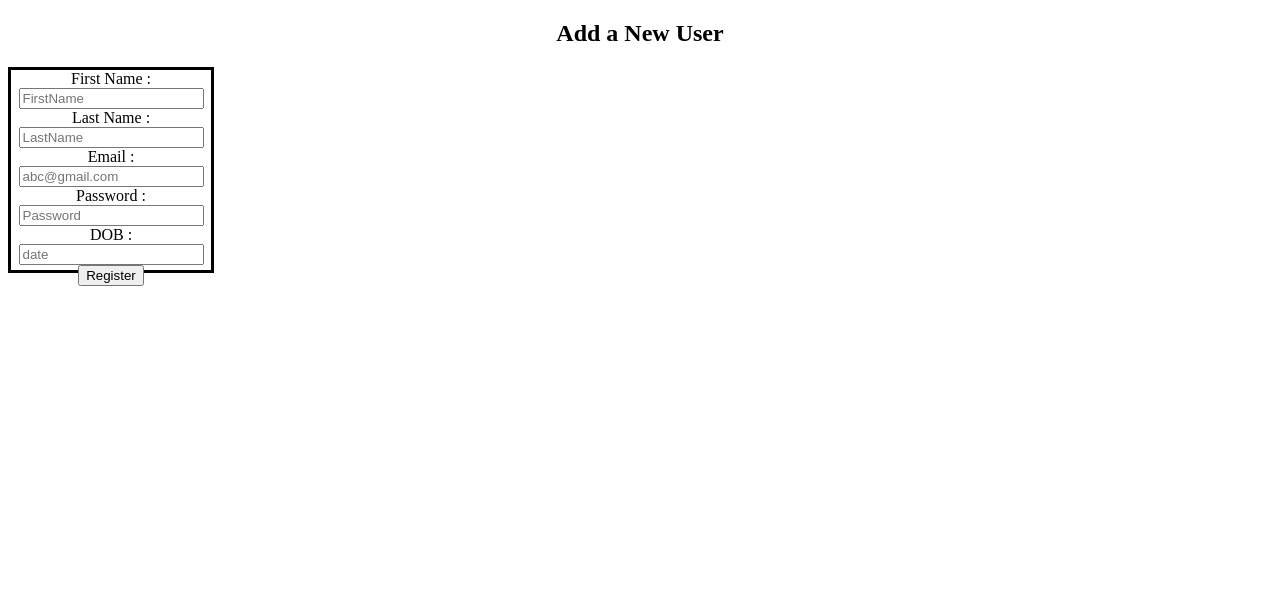
Repository: KD3-86718-yagywalky/Advance-java
Page: http://localhost/Assignment04/newuser.jsp
These files come from the project's save history. The page is drawn as it stood at one moment and after the next save; the edit follows.
The browser window is 1280 px wide. The pictures show the whole page.
The page is served by Tomcat 9. Other server files are loaded and not shown.

Above is the page before, as saved 2024-12-05 13:09:23.

### Assignment_04/Assignment04/src/main/webapp/newuser.jsp
<%@ page language="java" contentType="text/html; charset=ISO-8859-1"
    pageEncoding="ISO-8859-1"%>
<!DOCTYPE html>
<html>
<head>
<meta charset="ISO-8859-1">
<title>Insert title here</title>
</head>
<body style="text-align: center;">

<h2>Add a New User </h2>
<div style="height: 200px; width: 200px; border: solid;">

<form action="register.jsp" method="post">
First Name : <input type="text" name="fname" placeholder="FirstName">
Last Name : <input type="text" name="lname" placeholder="LastName">
Email : <input type="email" name="email" placeholder="abc@gmail.com">
Password : <input type="password" name="passwd" placeholder="Password">
DOB : <input type="text" name="date" placeholder="date">
<input type="submit" value="Register">
</form>
</body>
</html>

After the next save:
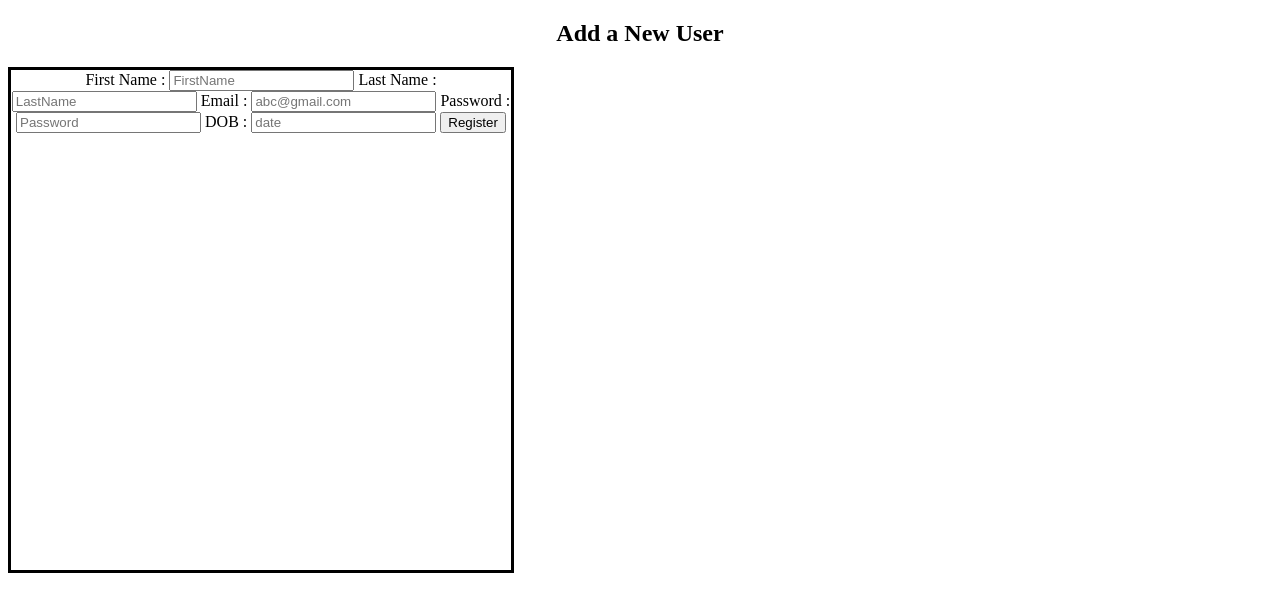
Saved 109 s later.
--- a/Assignment_04/Assignment04/src/main/webapp/newuser.jsp
+++ b/Assignment_04/Assignment04/src/main/webapp/newuser.jsp
@@ -9,7 +9,7 @@
 <body style="text-align: center;">
 
 <h2>Add a New User </h2>
-<div style="height: 200px; width: 200px; border: solid;">
+<div style="height: 500px; width: 500px; border: solid; align-self: center;">
 
 <form action="register.jsp" method="post">
 First Name : <input type="text" name="fname" placeholder="FirstName">
